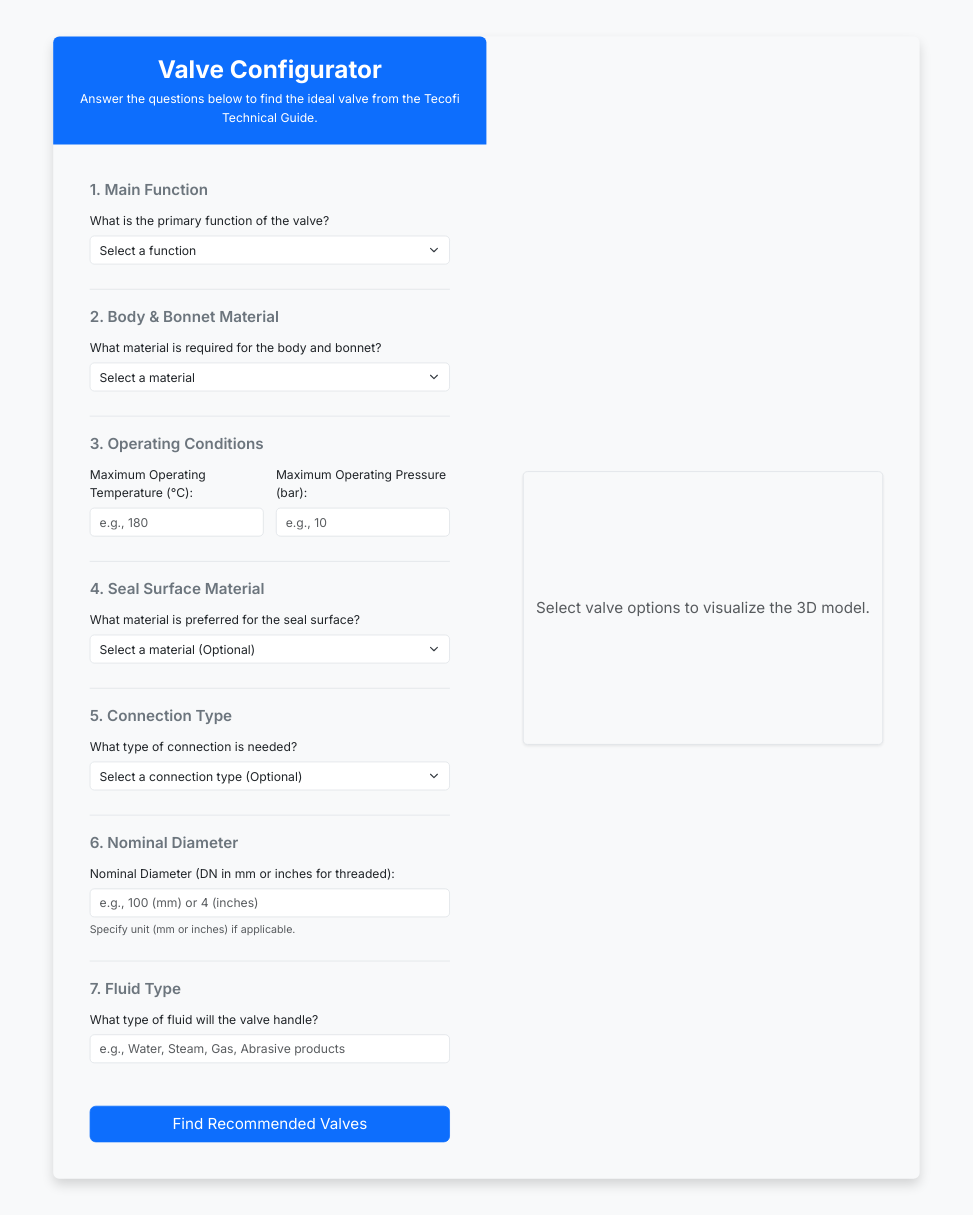
Repository: mauriciodelopez/Valve_config_II
Page: index.html
These files come from the project's save history. The page is drawn as it stood at one moment and after the next save; the edit follows.
The browser window is 1280 px wide. The pictures show the whole page, at 76% of full size.

Above is the page before, as saved 2025-07-21 15:02:56.

After the next save:
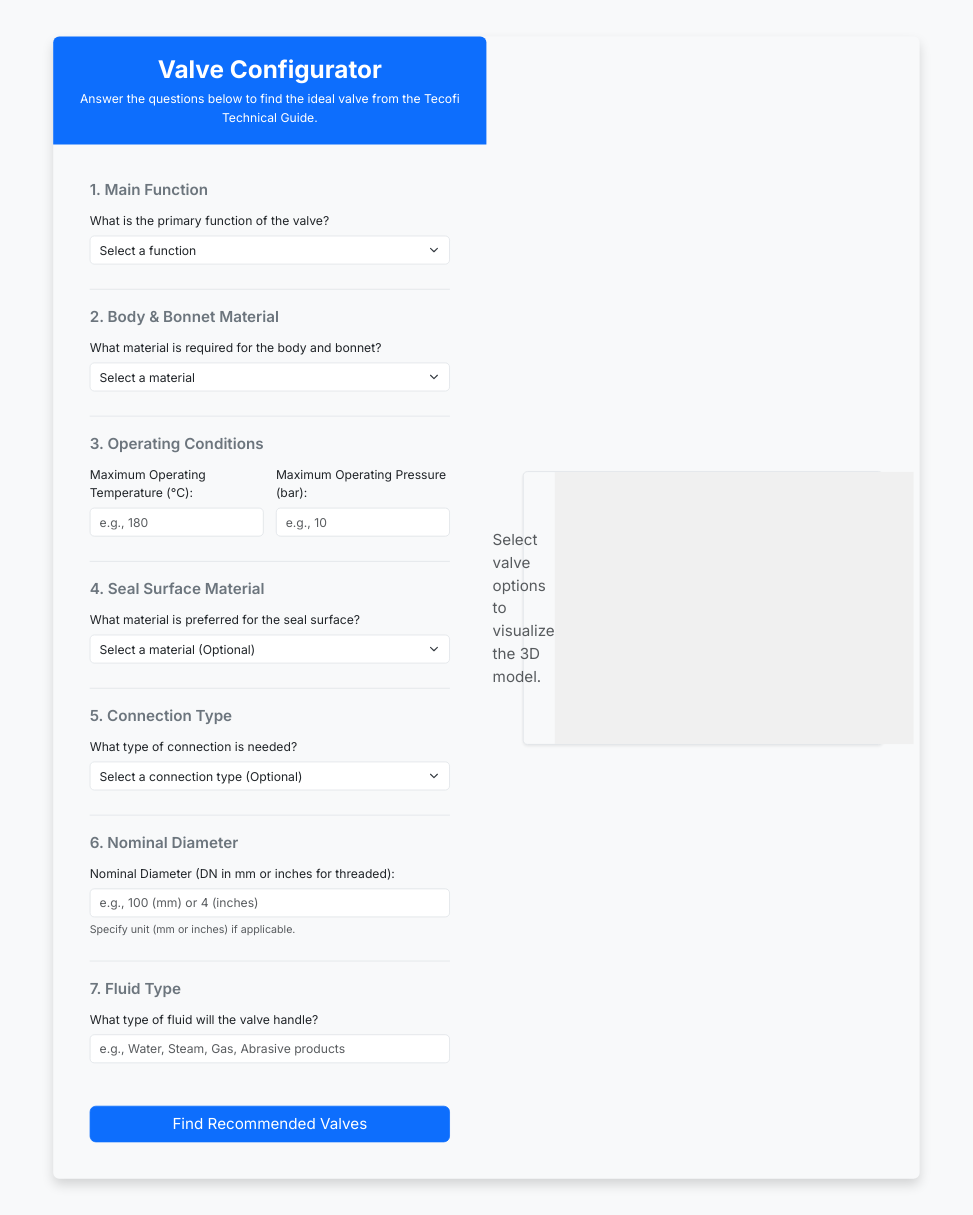
Saved 19 s later.
--- a/script.js
+++ b/script.js
@@ -1,4 +1,126 @@
 // script.js
+
+// Three.js global variables
+let scene, camera, renderer, controls, currentModel;
+
+/**
+ * Initializes the Three.js scene, camera, renderer, and orbit controls.
+ * This function is called once when the page loads.
+ */
+function init3D() {
+    // Get the container for the 3D viewer
+    const container = document.getElementById('container3D');
+
+    // 1. Create the scene
+    scene = new THREE.Scene();
+    scene.background = new THREE.Color(0xf0f0f0); // Light gray background
+
+    // 2. Create the camera
+    // PerspectiveCamera(fov, aspect, near, far)
+    camera = new THREE.PerspectiveCamera(75, container.clientWidth / container.clientHeight, 0.1, 1000);
+    camera.position.set(0, 0, 5); // Initial camera position
+
+    // 3. Create the renderer
+    renderer = new THREE.WebGLRenderer({ antialias: true });
+    renderer.setSize(container.clientWidth, container.clientHeight);
+    container.appendChild(renderer.domElement); // Add the renderer's canvas to the container
+
+    // 4. Add lights to the scene
+    const ambientLight = new THREE.AmbientLight(0x404040); // Soft white light
+    scene.add(ambientLight);
+    const directionalLight = new THREE.DirectionalLight(0xffffff, 0.8); // Brighter light from one direction
+    directionalLight.position.set(1, 1, 1).normalize();
+    scene.add(directionalLight);
+
+    // 5. Add OrbitControls for interactive camera movement
+    controls = new THREE.OrbitControls(camera, renderer.domElement);
+    controls.enableDamping = true; // Enable smooth camera movement
+    controls.dampingFactor = 0.25;
+    controls.screenSpacePanning = false;
+    controls.minDistance = 2; // Minimum zoom distance
+    controls.maxDistance = 10; // Maximum zoom distance
+
+    // Handle window resizing
+    window.addEventListener('resize', onWindowResize, false);
+
+    // Initial render of an empty scene or a default message
+    // The message is now handled by the HTML div itself, no need to add it via JS
+}
+
+/**
+ * Handles window resizing to keep the 3D viewer responsive.
+ */
+function onWindowResize() {
+    const container = document.getElementById('container3D');
+    camera.aspect = container.clientWidth / container.clientHeight;
+    camera.updateProjectionMatrix();
+    renderer.setSize(container.clientWidth, container.clientHeight);
+}
+
+/**
+ * Animation loop for Three.js.
+ * Continuously renders the scene and updates controls.
+ */
+function animate3D() {
+    requestAnimationFrame(animate3D); // Loop this function
+    controls.update(); // Only required if controls.enableDamping is set to true
+    renderer.render(scene, camera); // Render the scene
+}
+
+/**
+ * Updates the 3D model displayed based on the selected valve type.
+ * For demonstration, this creates different colored basic shapes.
+ * In a real application, you would load specific 3D models (e.g., GLTF).
+ * @param {string} valveType - The selected main function of the valve.
+ */
+function update3DModel(valveType) {
+    // Remove previous model if it exists
+    if (currentModel) {
+        scene.remove(currentModel);
+        currentModel.geometry.dispose();
+        currentModel.material.dispose();
+    }
+
+    let geometry;
+    let material;
+
+    // Create a new model based on the valve type
+    switch (valveType) {
+        case 'on_off': // Represent with a red cube (e.g., for ball/gate valves)
+            geometry = new THREE.BoxGeometry(1.5, 1.5, 1.5);
+            material = new THREE.MeshPhongMaterial({ color: 0xff0000 }); // Red
+            currentModel = new THREE.Mesh(geometry, material);
+            break;
+        case 'regulation': // Represent with a blue cylinder (e.g., for globe/needle valves)
+            geometry = new THREE.CylinderGeometry(0.8, 0.8, 2, 32);
+            material = new THREE.MeshPhongMaterial({ color: 0x0000ff }); // Blue
+            currentModel = new THREE.Mesh(geometry, material);
+            break;
+        case 'on_off_regulation': // Represent with a green sphere (e.g., for butterfly/diaphragm valves)
+            geometry = new THREE.SphereGeometry(1, 32, 32);
+            material = new THREE.MeshPhongMaterial({ color: 0x00ff00 }); // Green
+            currentModel = new THREE.Mesh(geometry, material);
+            break;
+        default:
+            // No specific model for default, or clear the view
+            currentModel = null;
+            break;
+    }
+
+    if (currentModel) {
+        scene.add(currentModel);
+        // Reset camera position to view the new model
+        camera.position.set(0, 0, 5);
+        controls.update();
+    }
+}
+
+// Initialize 3D scene when the window loads
+window.onload = function() {
+    init3D();
+    animate3D();
+};
+
 
 document.getElementById('valveConfiguratorForm').addEventListener('submit', function(event) {
     event.preventDefault(); // Prevent default form submission
@@ -31,6 +153,10 @@ document.getElementById('valveConfiguratorForm').addEventListener('submit', func
 
     let recommendations = new Set();
     let suitable = true; // Flag to track if any viable options are found
+
+    // Update the 3D model based on the main function selection
+    update3DModel(mainFunction);
+
 
     // Logic based on Main Function (Page 4 of PDF)
     if (mainFunction === 'on_off') {
